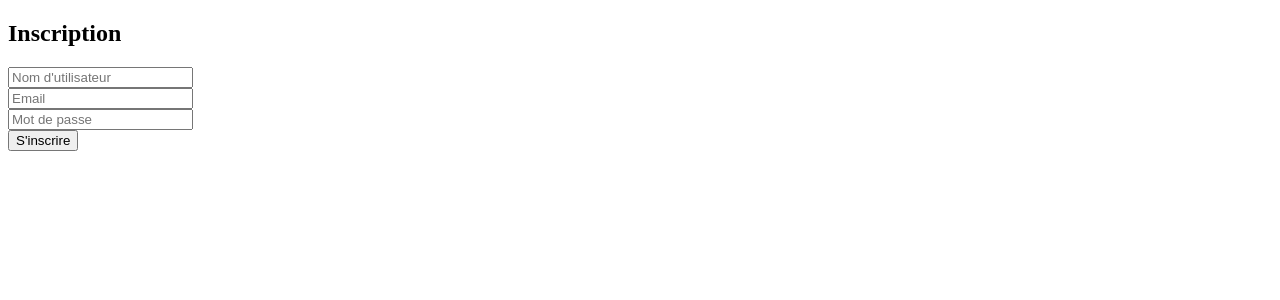
Repository: LoucmanMachababy/my_snapchat
Page: /register (app in my_snapchat/)
The author's editor kept a copy of each file at every save. The page is drawn from the files as they stood at one save, then again after the next save.
The browser window is 1280 px wide. The pictures show the whole page.
The project was rebuilt for these pictures with package versions that can differ from the ones it lists, and the page was loaded fresh each time. Also part of the build but not shown: my_snapchat/src/SplashScreen.js, my_snapchat/src/HomeScreen.js, my_snapchat/src/App.js, my_snapchat/src/Login.js.

Above is the page before, as saved 2025-05-20 23:45:29.

After the next save:
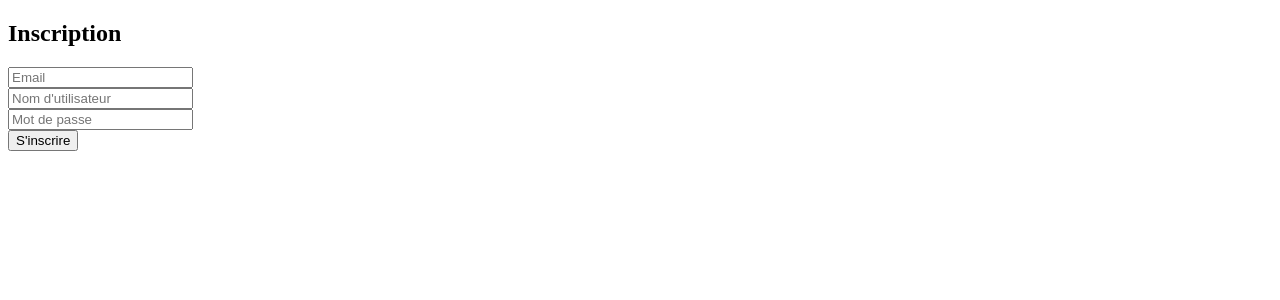
Saved 35 s later.
--- a/my_snapchat/src/Register.js
+++ b/my_snapchat/src/Register.js
@@ -4,8 +4,8 @@ import { useNavigate } from "react-router-dom";
 
 function Register() {
   const [form, setForm] = useState({
-    login: "",
     email: "",
+    username: "",
     password: "",
   });
   const [error, setError] = useState("");
@@ -18,8 +18,12 @@ function Register() {
     e.preventDefault();
 
     try {
-      await axios.post("/api/auth/register", form);
-      navigate("/");
+      await axios.post("/api/auth/register", {
+        email: form.email,
+        login: form.username,
+        password: form.password,
+      });
+      navigate("/"); // Vers la page de connexion
     } catch (err) {
       const msg =
         err.response?.data?.message || "Erreur lors de l'inscription.";
@@ -33,23 +37,21 @@ function Register() {
       {error && <p style={{ color: "red" }}>{error}</p>}
 
       <input
-        type="text"
-        name="login"
-        placeholder="Nom d'utilisateur"
-        minLength={3}
-        maxLength={20}
+        type="email"
+        name="email"
+        placeholder="Email"
         required
-        value={form.login}
+        value={form.email}
         onChange={handleChange}
       />
       <br />
 
       <input
-        type="email"
-        name="email"
-        placeholder="Email"
+        type="text"
+        name="username"
+        placeholder="Nom d'utilisateur"
         required
-        value={form.email}
+        value={form.username}
         onChange={handleChange}
       />
       <br />
